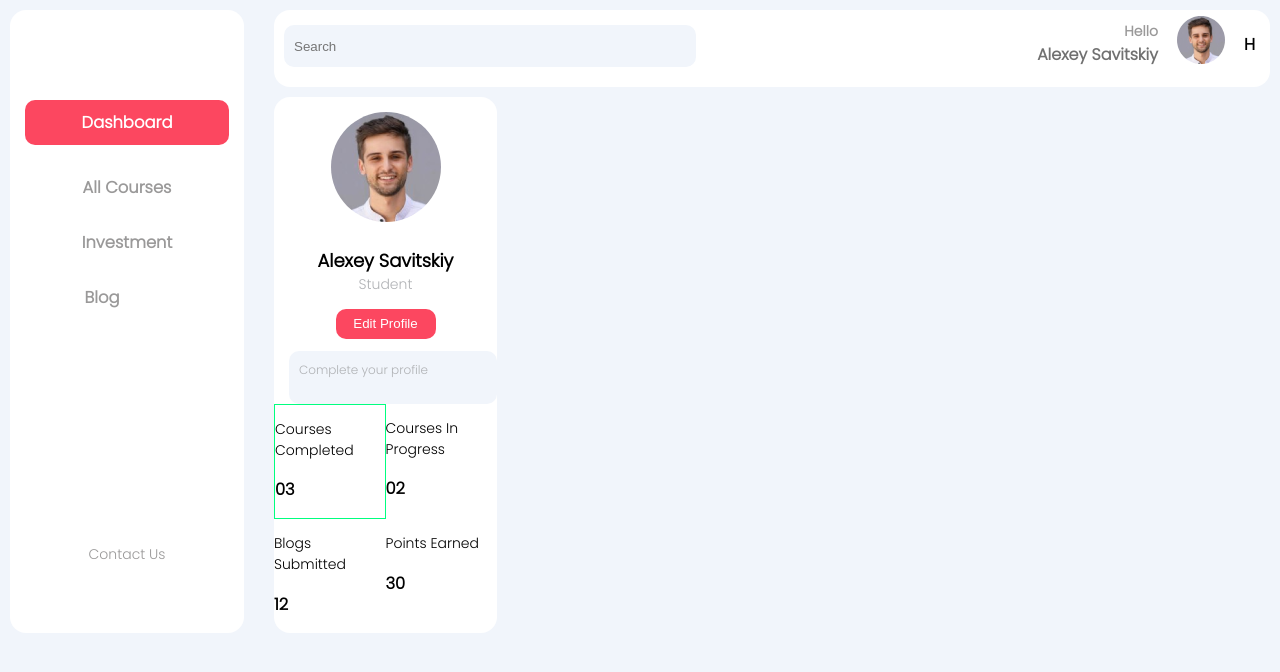
Repository: Anuruddha00/dashboard-design
Page: /
These files come from the project's save history. The page is drawn as it stood at one moment and after a run of saves; the edit follows.
The browser window is 1280 px wide. The pictures show the whole page.
The project was rebuilt for these pictures with package versions that can differ from the ones it lists, and the page was loaded fresh each time.

Above is the page before, as saved 2021-05-07 13:57:04.

After the next 2 saves:
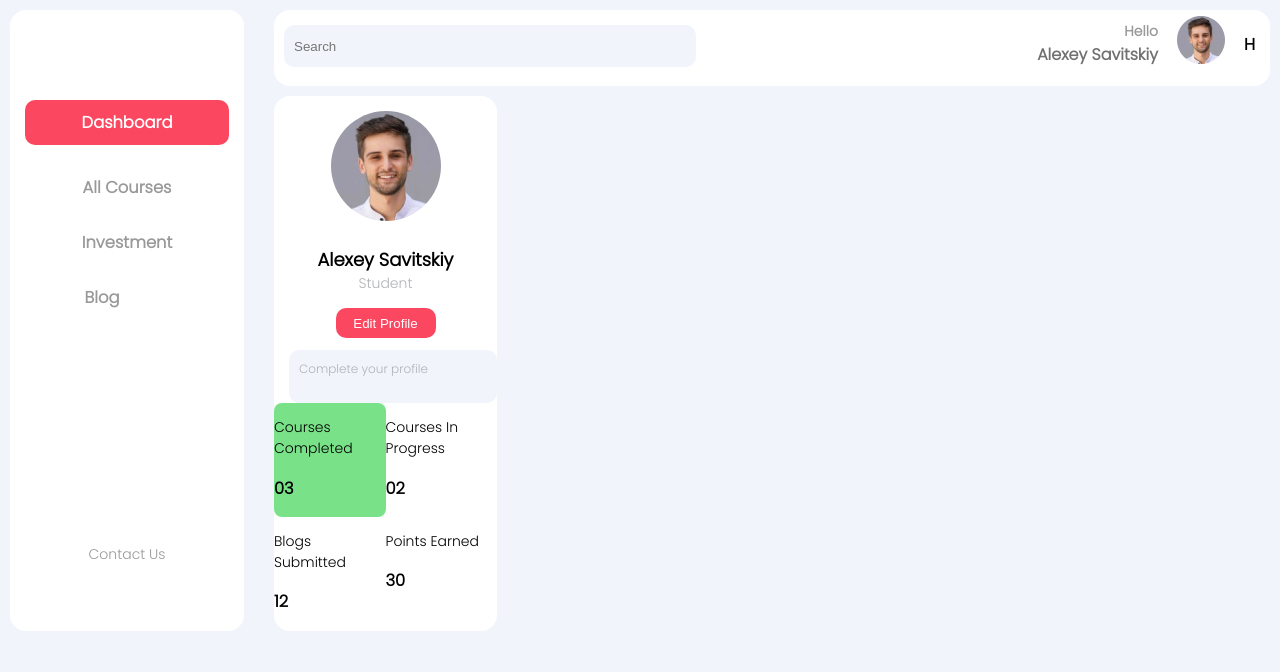
The 2 saves are shown as one change because 1 did not build or start.
The last was saved 80 s later.
--- a/src/containers/Dashboard/Dashboard.scss
+++ b/src/containers/Dashboard/Dashboard.scss
@@ -172,7 +172,9 @@ body{
                                 grid-template-columns: 1fr 1fr;
 
                                 &Completed{
-                                    border: springgreen 1px solid;
+                                    background: #79e289;
+                                    border-radius: 8px;
+
                                 }
                             }
                         }
